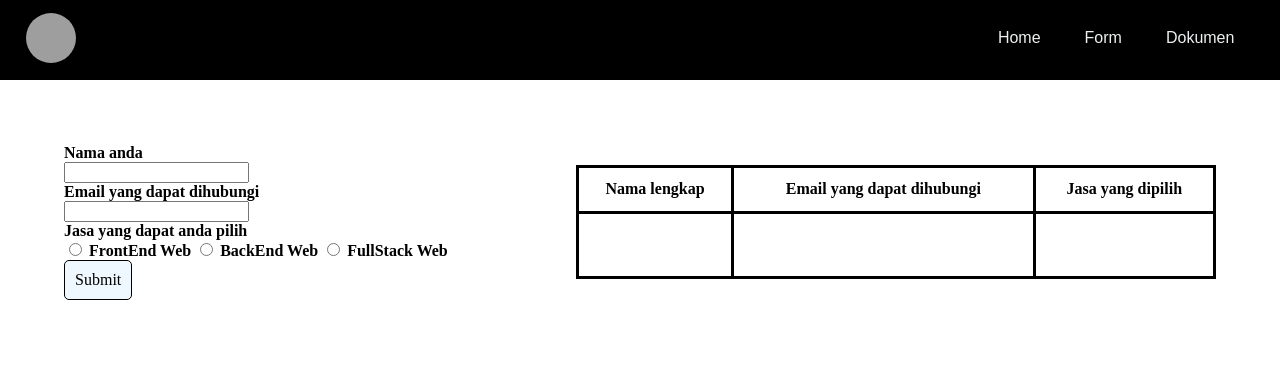
Repository: zecht12/TimModul
Page: TimModul.html
The author's editor kept a copy of each file at every save. The page is drawn from the files as they stood at one save, then again after a run of saves.
The browser window is 1280 px wide. The pictures show the whole page.
Pictures or frames that could not be fetched are drawn as grey boxes.

Above is the page before, as saved 2023-03-14 13:38:08.

After the next 3 saves:
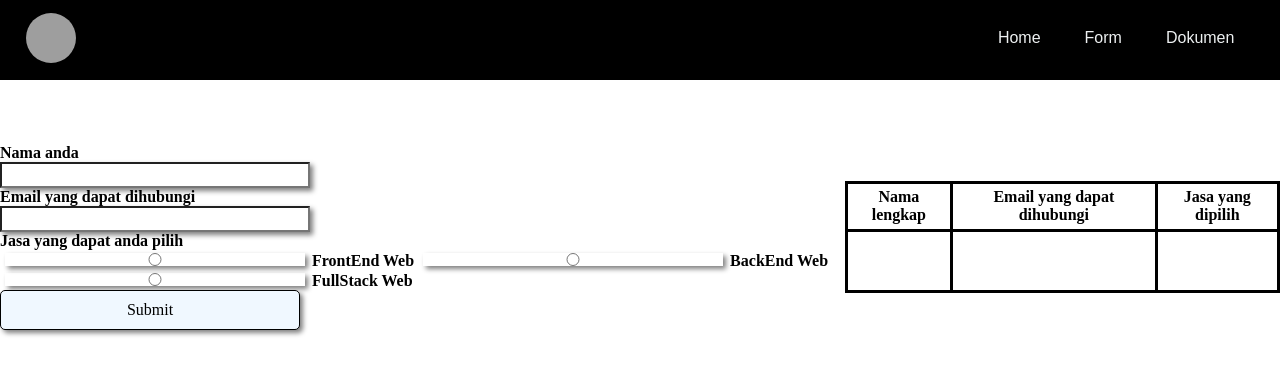
The 3 saves are shown as one change because they came seconds apart.
The last was saved 36 s later.
--- a/style.css
+++ b/style.css
@@ -57,6 +57,13 @@
     font-weight: bold;
     width: 130px;
 }
+input {
+    padding: 3px;
+    box-shadow: 3px 3px 5px grey;
+    font-size: 14px;
+    font-weight: 600;
+    width: 300px;
+}
 .Button {
     padding: 10px;
     border: 1px solid black;

After the save that followed:
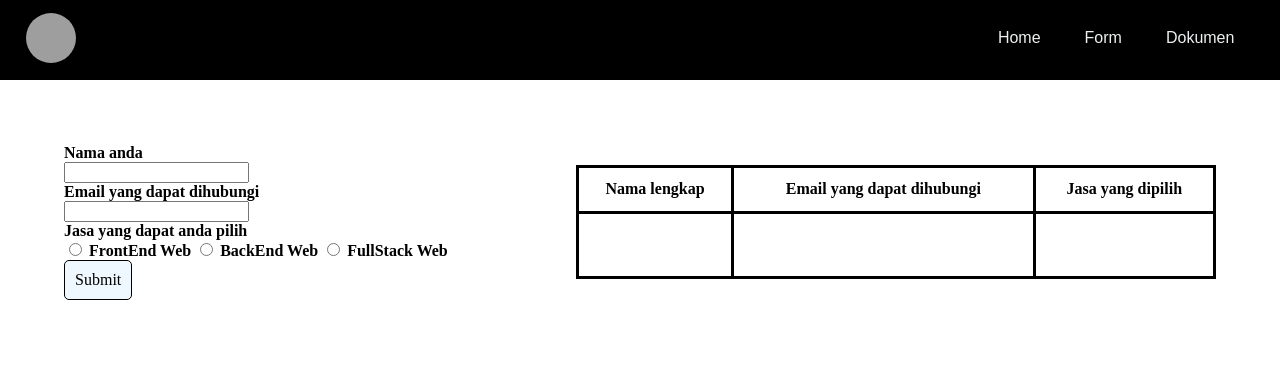
Saved 13 s later.
--- a/style.css
+++ b/style.css
@@ -57,13 +57,6 @@
     font-weight: bold;
     width: 130px;
 }
-input {
-    padding: 3px;
-    box-shadow: 3px 3px 5px grey;
-    font-size: 14px;
-    font-weight: 600;
-    width: 300px;
-}
 .Button {
     padding: 10px;
     border: 1px solid black;
